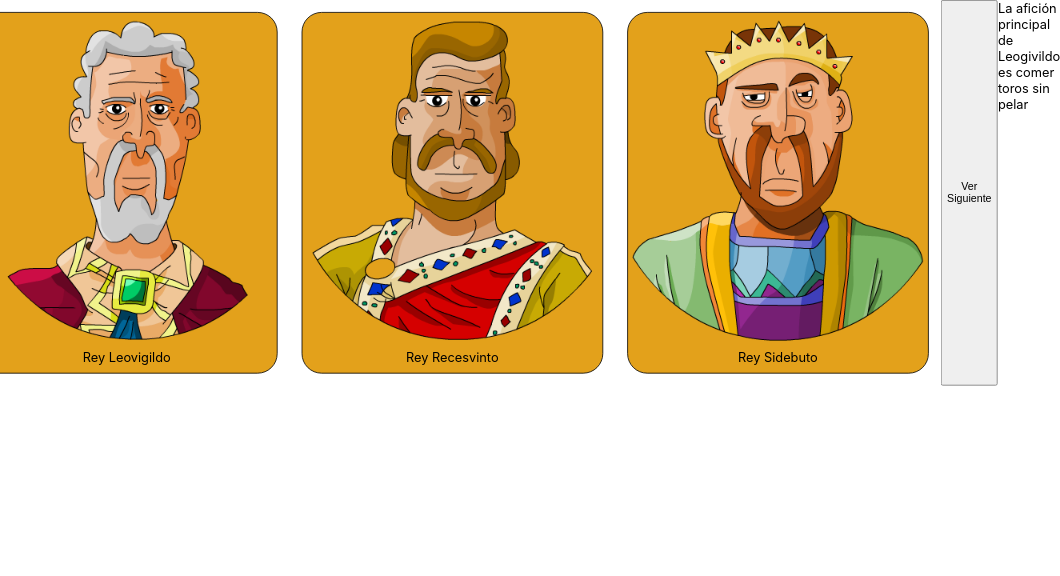
Repository: abgdev1997/ejercicios-react
Page: /
The author's editor kept a copy of each file at every save. The page is drawn from the files as they stood at one save, then again after the next save.
The browser window is 1280 px wide. The page is 1325 px wide, then 1280 px, so the pictures cover 1325 px, including what lies to the right of the window. The pictures show the whole page, at 80% of full size.
The project was rebuilt for these pictures with package versions that can differ from the ones it lists, and the page was loaded fresh each time.

Above is the page before, as saved 2022-02-22 13:20:28.

After the next save:
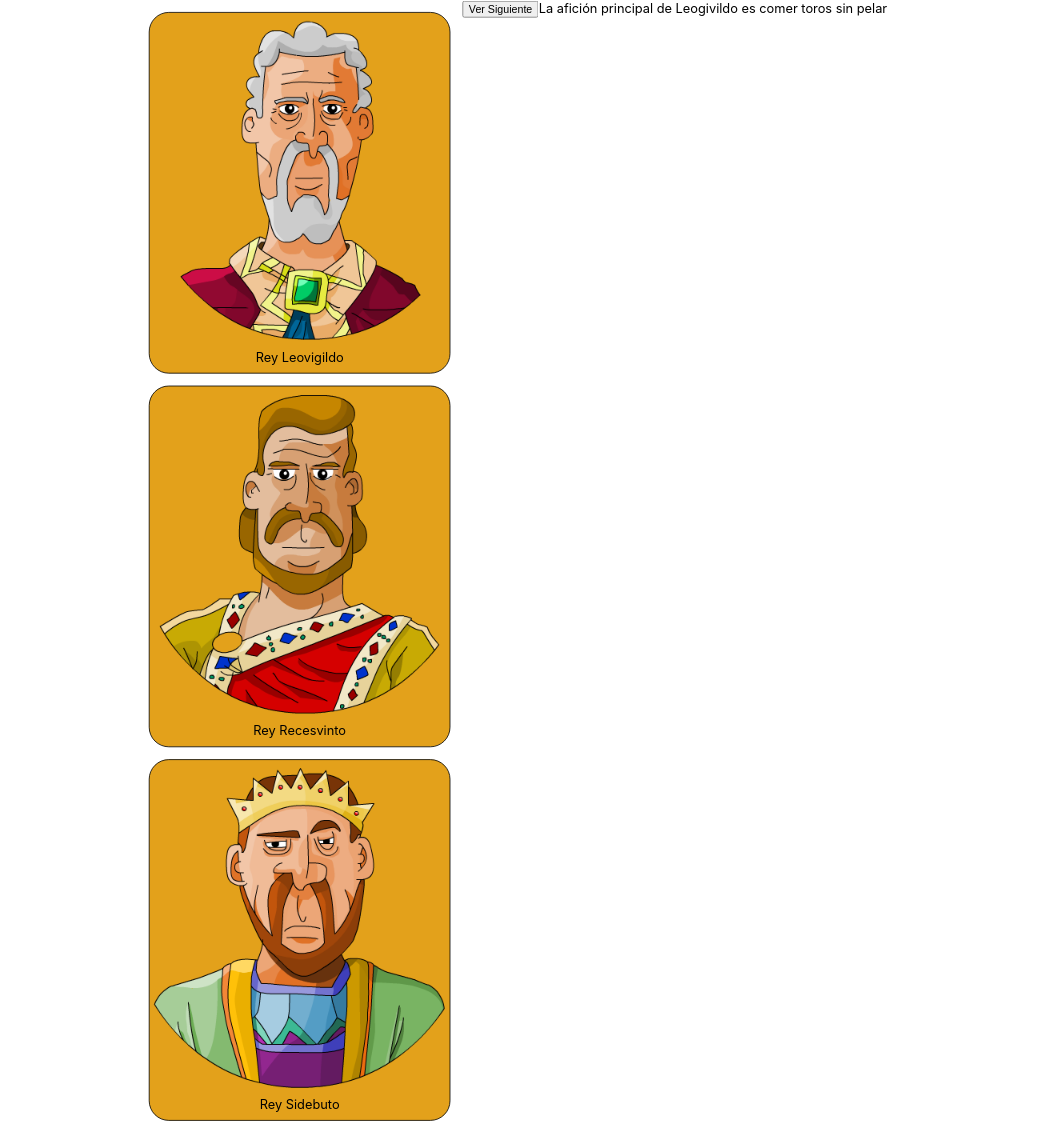
Saved 2 min 24 s later.
--- a/src/App.js
+++ b/src/App.js
@@ -21,7 +21,9 @@ function App() {
     },
   ];
 
-  const [mensaje, setMensaje] = useState(`La afición principal de ${reyesGodos[0].nombre} es ${reyesGodos[0].aficion}`);
+  const [mensaje, setMensaje] = useState(
+    `La afición principal de ${reyesGodos[0].nombre} es ${reyesGodos[0].aficion}`
+  );
 
   const [contador, setContador] = useState(1);
 
@@ -45,36 +47,42 @@ function App() {
   };
 
   const cambiarMensaje = () => {
-    setMensaje(`La afición principal de ${reyesGodos[contador].nombre} es ${reyesGodos[contador].aficion}`);
-    if(contador === 2){
-      setContador(0)
-    }else{
-      setContador(contador + 1)
+    setMensaje(
+      `La afición principal de ${reyesGodos[contador].nombre} es ${reyesGodos[contador].aficion}`
+    );
+    if (contador === 2) {
+      setContador(0);
+    } else {
+      setContador(contador + 1);
     }
   };
 
   return (
     <div className="App">
-      <div className="img">
-        <img onClick={cambiarImagen} alt="Rey Leovigildo" src={leovigildo} />
-        <span onClick={cambiarTexto} className="span">
-          Rey Leovigildo
-        </span>
+      <div className="cards-container">
+        <div className="img">
+          <img onClick={cambiarImagen} alt="Rey Leovigildo" src={leovigildo} />
+          <span onClick={cambiarTexto} className="span">
+            Rey Leovigildo
+          </span>
+        </div>
+        <div className="img">
+          <img onClick={cambiarImagen} alt="Rey Recesvinto" src={recesvinto} />
+          <span onClick={cambiarTexto} className="span">
+            Rey Recesvinto
+          </span>
+        </div>
+        <div className="img">
+          <img onClick={cambiarImagen} alt="Rey Sisebuto" src={sisebuto} />
+          <span onClick={cambiarTexto} className="span">
+            Rey Sidebuto
+          </span>
+        </div>
       </div>
-      <div className="img">
-        <img onClick={cambiarImagen} alt="Rey Recesvinto" src={recesvinto} />
-        <span onClick={cambiarTexto} className="span">
-          Rey Recesvinto
-        </span>
+      <div className="mensaje-container">
+        <button onClick={cambiarMensaje}>Ver Siguiente</button>
+        <span>{mensaje}</span>
       </div>
-      <div className="img">
-        <img onClick={cambiarImagen} alt="Rey Sisebuto" src={sisebuto} />
-        <span onClick={cambiarTexto} className="span">
-          Rey Sidebuto
-        </span>
-      </div>
-      <button onClick={cambiarMensaje} >Ver Siguiente</button>
-      <span>{mensaje}</span>
     </div>
   );
 }
